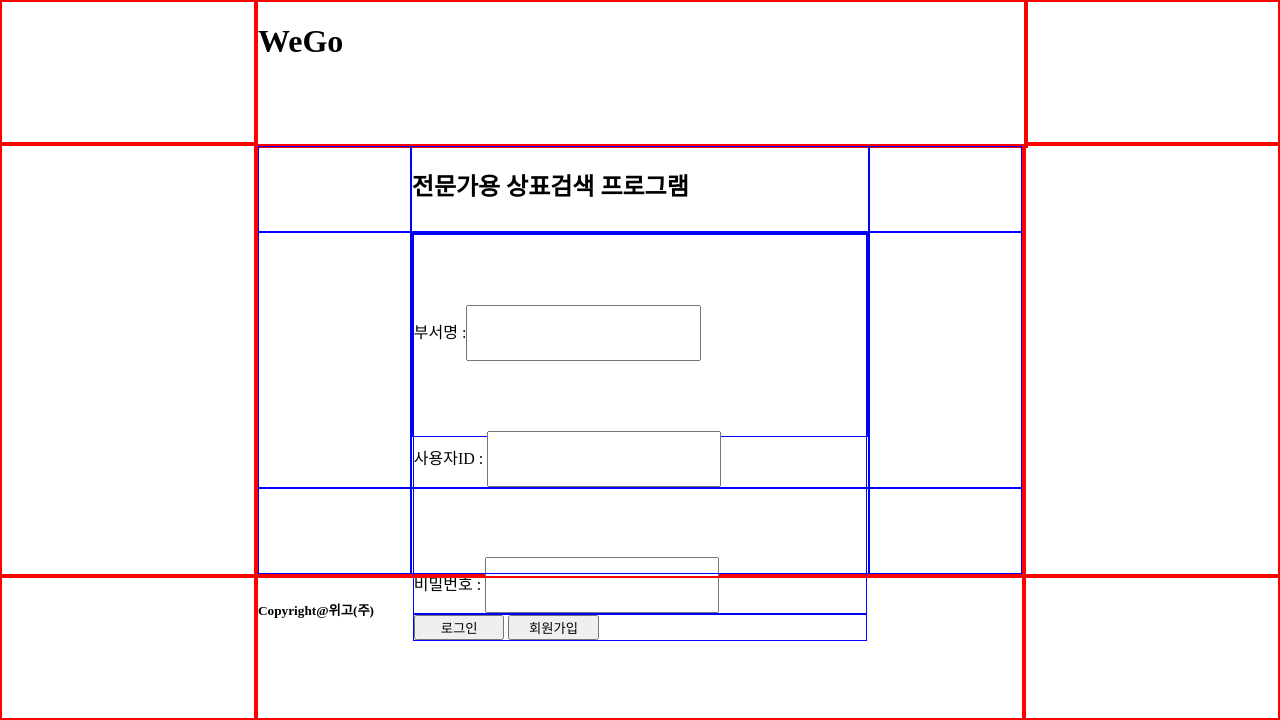
Repository: hamuse/wego1
Page: http://localhost/teamW1/facade.do
These files come from the project's save history. The page is drawn as it stood at one moment and after the next save; the edit follows.
The browser window is 1280 px wide. The pictures show the whole page.
Some web libraries are served in a nearby version. The page is served by Tomcat 9.

Above is the page before, as saved 2019-10-07 11:18:44.

After the next save:
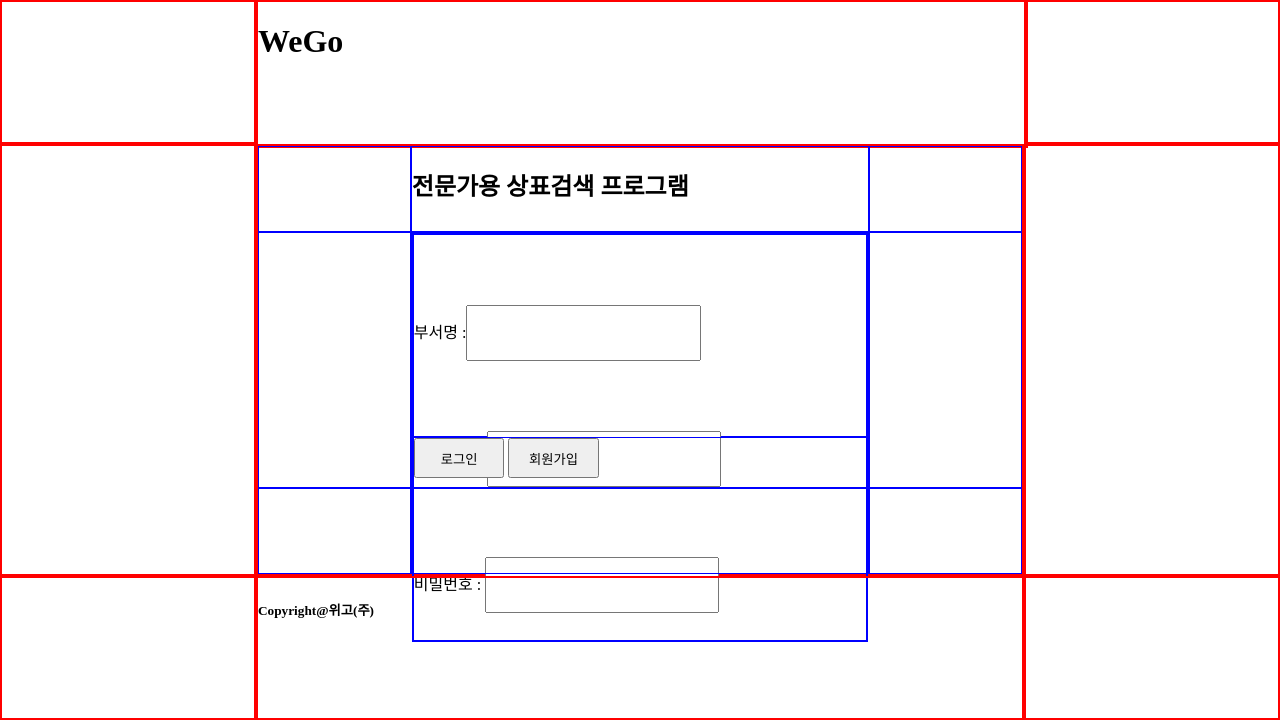
Saved 6 s later.
--- a/teamW1/WebContent/WEB-INF/views/facade/login.jsp
+++ b/teamW1/WebContent/WEB-INF/views/facade/login.jsp
@@ -1,7 +1,7 @@
 <%@ page language="java" contentType="text/html; charset=UTF-8"
    pageEncoding="UTF-8"%>
-<form id="login_form">
-<div>
+<form >
+<div id="login_form">
 <div class="login_tab_item_1">
   부서명 :<input id="d_Name" class="input_text" type="text" name="dName"/><br/>
   사용자ID : <input id="userName" class="input_text" type="text" name="empNo"/><br/>
